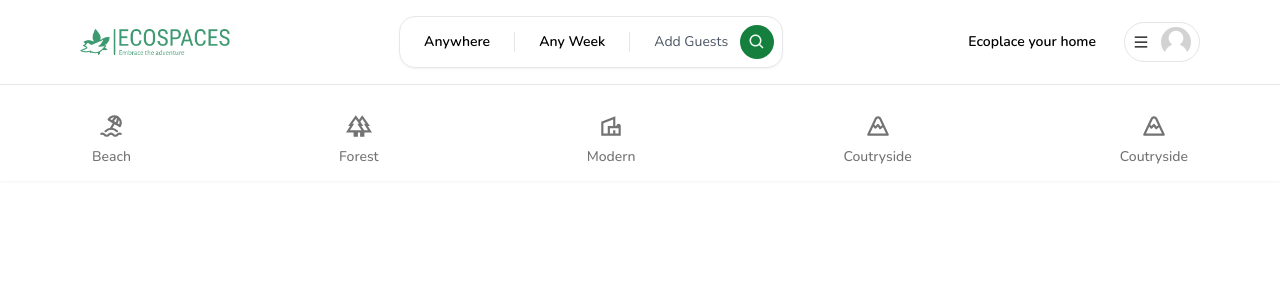
Repository: LubegaH/Ecospaces
Page: /
These files come from the project's save history. The page is drawn as it stood at one moment and after the next save; the edit follows.
The browser window is 1280 px wide. The pictures show the whole page.
The page's requests for data from a server got no answer. The project was rebuilt for these pictures with package versions that can differ from the ones it lists, and the page was loaded fresh each time. The framework's server and built-in components were replaced by stand-ins that run in the browser. No one was signed in, and anything a server would have sent is missing. Also part of the build but not shown: next.config.js, app/components/nabar/MenuItem.tsx, app/components/Button.tsx, app/components/modals/Modal.tsx, app/components/Heading.tsx, app/components/input/Input.tsx.

Above is the page before, as saved 2023-08-11 19:03:06.

### app/layout.tsx
import './globals.css';
import { Nunito } from 'next/font/google';
import React from 'react';
import Navbar from '@/app/components/nabar/Navbar';
import ClientOnly from '@/app/components/ClientOnly';
import RegisterModel from '@/app/components/modals/RegisterModel';
import Modal from '@/app/components/modals/Modal';
import ToasterProvider from './providers/ToasterProvider';
import LoginModel from './components/modals/LoginModel';
import getCurrentUser from './actions/getCurrentUser';

const nunito = Nunito({ subsets: ['latin'] });

export const metadata = {
  title: 'Ecospaces',
  description: 'The quickest way to find lodges',
};

export default async function RootLayout({
  children,
}: {
  children: React.ReactNode;
}) {
  const currentUser = await getCurrentUser();
  return (
    <html lang='en'>
      <body className={nunito.className}>
        <ClientOnly>
          {/*<Modal title={'Hello World'} isOpen actionLabel="Sign In"/>*/}
          <ToasterProvider />
          <RegisterModel />
          <LoginModel />
          <Navbar currentUser={currentUser} />
        </ClientOnly>

        {children}
      </body>
    </html>
  );
}

### app/components/nabar/Navbar.tsx
'use client';
import Container from '../Container';
import Logo from '@/app/components/nabar/Logo';
import Search from '@/app/components/nabar/Search';
import UserMenu from '@/app/components/nabar/UserMenu';
import { SafeUser } from '@/app/types';
import Categories from './Categories';

interface NavbarProps {
  currentUser?: SafeUser | null;
}

const Navbar: React.FC<NavbarProps> = ({ currentUser }) => {
  return (
    <div className='fixed w-full bg-white z-10 shadow-sm'>
      <div className='py-4 border-b-[1px]'>
        <Container>
          <div
            className='
                    flex
                    flex-row
                    items-center
                    justify-between
                    gap-3
                    md:gap-0'
          >
            <Logo />
            <Search />
            <UserMenu currentUser={currentUser} />
          </div>
        </Container>
      </div>
      <Categories />
    </div>
  );
};

export default Navbar;

### app/components/ClientOnly.tsx
'use client';

import React, {useEffect, useState} from "react";

interface ClientOnlyProps{
    children: React.ReactNode;
}

const ClientOnly: React.FC<ClientOnlyProps> = ({children}) => {
    const [hasMounted, setHasMounted] = useState(false)

    useEffect(() => {
        setHasMounted(true)
    }, []);

    if(!hasMounted) {
        return null;
    }
    return(
        <>
            {children}
        </>
    )
}

export default ClientOnly

### app/components/modals/RegisterModel.tsx
'use client';

/**
 * RegisterModel Component
 *
 * A component for the registration modal in the application.
 *
 * Props:
 * - None
 *
 * Usage:
 * ```tsx
 * <RegisterModel />
 * ```
 */

import axios from 'axios';
import { AiFillGithub } from 'react-icons/ai';
import { FcGoogle } from 'react-icons/fc';
import { useState, useCallback } from 'react';
import {
  FieldValue,
  FieldValues,
  SubmitHandler,
  useForm,
} from 'react-hook-form';
import useRegisterModal from '@/app/hooks/useRegisterModal';
import Modal from './Modal';
import Heading from '../Heading';
import Input from '../input/Input';
import { toast } from 'react-hot-toast';
import Button from '../Button';
import { signIn } from 'next-auth/react';

/**
 * RegisterModel Component
 *
 * A component for the registration modal in the application.
 *
 * @returns The RegisterModel component.
 */

const RegisterModel = () => {
  const registerModal = useRegisterModal();
  const [isLoading, setIsLoading] = useState(false);

  /**
   * React Hook Form configuration
   */
  const {
    register,
    handleSubmit,
    formState: { errors },
  } = useForm<FieldValues>({
    defaultValues: {
      name: '',
      email: '',
      password: '',
    },
  });

  /**
   * Form submission handler
   *
   * @param data - The form data submitted by the user.
   */
  const onSubmit: SubmitHandler<FieldValues> = (data) => {
    setIsLoading(true);
    axios
      .post('/api/register', data)
      .then(() => {
        // Registration successful
        registerModal.onClose();
      })
      .then(() => {
        registerModal.onClose();
      })
      .catch((error) => {
        // Error occurred during registration
        toast.error('Oops! Something went wrong...');
      })
      .finally(() => {
        // Reset loading state
        setIsLoading(false);
      });
  };

  /**
   * JSX content for the modal body
   */
  const bodyContent = (
    <div className='flex flex-col gap-4'>
      <Heading title='Welcome to Ecospaces' subtitle='Create an account' />
      <Input
        id='email'
        register={register}
        label='Email'
        disabled={isLoading}
        errors={errors}
        required
      />
      <Input
        id='name'
        register={register}
        label='Name'
        disabled={isLoading}
        errors={errors}
        required
      />
      <Input
        id='password'
        type='password'
        register={register}
        label='Password'
        disabled={isLoading}
        errors={errors}
        required
      />
    </div>
  );

  const footerContent = (
    <div className='flex flex-col gap-4 mt-3'>
      <hr />
      {/* TODO: Fix github-auth error */}
      <Button
        outline
        label='Continue with Google'
        icon={FcGoogle}
        onClick={() => signIn('google')}
      />
      {/* TODO: Fix google-auth error */}
      <Button
        outline
        label='Continue with Github'
        icon={AiFillGithub}
        onClick={() => signIn('github')}
      />
      <div className='text-neutral-500 text-center mt-4 font-light'>
        <div className='flex flex-row items-center gap-2 justify-center'>
          <div>Already have an account?</div>
          <div
            onClick={registerModal.onClose}
            className='text-green-700 cursor-pointer hover:underline font-semibold'
          >
            Log in
          </div>
        </div>
      </div>
    </div>
  );

  return (
    <Modal
      isOpen={registerModal.isOpen}
      disabled={isLoading}
      title='Register'
      actionLabel='Continue'
      onClose={registerModal.onClose}
      onSubmit={handleSubmit(onSubmit)}
      body={bodyContent}
      footer={footerContent}
    />
  );
};

export default RegisterModel;

### app/components/modals/LoginModel.tsx
'use client';

import axios from 'axios';
import { AiFillGithub } from 'react-icons/ai';
import { FcGoogle } from 'react-icons/fc';
import { useState, useCallback } from 'react';
import {
  FieldValue,
  FieldValues,
  SubmitHandler,
  useForm,
} from 'react-hook-form';
import useRegisterModal from '@/app/hooks/useRegisterModal';
import useLoginModel from '@/app/hooks/useLoginModal';
import Modal from './Modal';
import Heading from '../Heading';
import Input from '../input/Input';
import { toast } from 'react-hot-toast';
import Button from '../Button';
import { signIn } from 'next-auth/react';
import { useRouter } from 'next/navigation';

/**
 * LoginModel Component
 *
 * A component for the registration modal in the application.
 *
 * @returns The LoginModel component.
 */

const LoginModel = () => {
  const registerModal = useRegisterModal();
  const loginModal = useLoginModel();
  const [isLoading, setIsLoading] = useState(false);
  const router = useRouter();

  /**
   * React Hook Form configuration
   */
  const {
    register,
    handleSubmit,
    formState: { errors },
  } = useForm<FieldValues>({
    defaultValues: {
      email: '',
      password: '',
    },
  });

  /**
   * Form submission handler
   *
   * @param data - The form data submitted by the user.
   */
  const onSubmit: SubmitHandler<FieldValues> = (data) => {
    setIsLoading(true);

    signIn('credentials', {
      ...data,
      redirect: false,
    }).then((callback) => {
      setIsLoading(false);

      if (callback?.ok) {
        toast.success('You are in!');
        router.refresh();
        loginModal.onClose();
      }

      if (callback?.error) {
        toast.error(callback.error);
      }
    });
  };

  /**
   * JSX content for the modal body
   */
  const bodyContent = (
    <div className='flex flex-col gap-4'>
      <Heading
        title='Happy to see you back!'
        subtitle='Login to your account'
      />
      <Input
        id='email'
        register={register}
        label='Email'
        disabled={isLoading}
        errors={errors}
        required
      />
      <Input
        id='password'
        type='password'
        register={register}
        label='Password'
        disabled={isLoading}
        errors={errors}
        required
      />
    </div>
  );

  const footerContent = (
    <div className='flex flex-col gap-4 mt-3'>
      <hr />
      <Button
        outline
        label='Continue with Google'
        icon={FcGoogle}
        onClick={() => signIn('google')}
      />
      <Button
        outline
        label='Continue with Github'
        icon={AiFillGithub}
        onClick={() => signIn('github')}
      />
      <div className='text-neutral-500 text-center mt-4 font-light'>
        <div className='flex flex-row items-center gap-2 justify-center'>
          <div>Already have an account?</div>
          <div
            onClick={registerModal.onClose}
            className='text-green-700 cursor-pointer hover:underline font-semibold'
          >
            Log in
          </div>
        </div>
      </div>
    </div>
  );

  return (
    <Modal
      isOpen={loginModal.isOpen}
      disabled={isLoading}
      title='Login'
      actionLabel='Continue'
      onClose={loginModal.onClose}
      onSubmit={handleSubmit(onSubmit)}
      body={bodyContent}
      footer={footerContent}
    />
  );
};

export default LoginModel;

### app/actions/getCurrentUser.ts
import { getServerSession } from 'next-auth/next';
import { authOptions } from '@/pages/api/auth/[...nextauth]';
import prisma from '@/app/libs/prismadb';

export async function getSession() {
  return await getServerSession(authOptions);
}

export default async function getCurrentUser() {
  try {
    const session = await getSession();

    if (!session?.user?.email) {
      return null;
    }

    const currentUser = await prisma.user.findUnique({
      where: {
        email: session.user.email as string,
      },
    });

    if (!currentUser) {
      return null;
    }
    return {
      ...currentUser,
      createdAt: currentUser.createdAt.toISOString(),
      updatedAt: currentUser.updatedAt.toISOString(),
      emailVerified: currentUser.emailVerified?.toISOString() || null,
    };
  } catch (error: any) {
    return null;
  }
}

### app/components/Container.tsx
'use client';

import React from "react";

interface ContainerProps {
    children: React.ReactNode
}
const Container: React.FC<ContainerProps> = ({children}) => {
    return (
        <div className="max-w-[2520px]
        mx-auto
        xl:px-20
        md:px-10
        sm:px-2
        px-4"> {children}</div>
    )
}

export default Container;

### app/components/nabar/Logo.tsx
'use client'

import Image from 'next/image'
import {useRouter} from "next/navigation";

const Logo = () => {
    const router = useRouter()

    return (
        <Image
            src="/images/ecospace_logo.png"
            alt="Logo"
            className="hidden md:block cursor-pointer"
            width="150"
            height="150"
        />
    )
}

export default Logo

### app/components/nabar/Search.tsx
'use client'

import {BiSearch} from "react-icons/bi";

const Search = () => {

    return (
        <div className="
        border-[1px]
        w-full
        md:w-auto
        py-2
        rounded-2xl
        shadow-sm
        hover:shadow-md
        transition
        cursor-pointer">

            <div className="flex flex-row items-center justify-between">
                <div className="text-sm font-semibold px-6">Anywhere</div>
                <div className="
                hidden
                sm:block
                text-sm
                font-semibold
                px-6
                border-x-[1px]
                flex-1
                text-center">
                    Any Week
                </div>
                <div className="
                text-sm
                pl-6
                pr-2
                text-gray-600
                flex
                flex-row
                items-center
                gap-3">
                    <div className="hidden sm:block">Add Guests</div>
                    <div className="p-2 bg-green-700 rounded-full text-green-50">
                        <BiSearch size={18}/>
                    </div>
                </div>
            </div>
        </div>
    );
}

export default Search

### app/components/nabar/UserMenu.tsx
'use client';

import { AiOutlineMenu } from 'react-icons/ai';
import Avatar from '@/app/components/Avatar';
import React, { useCallback, useState } from 'react';
import MenuItem from '@/app/components/nabar/MenuItem';
import useRegisterModel from '@/app/hooks/useRegisterModal';
import useLoginModel from '@/app/hooks/useLoginModal';
import { signOut } from 'next-auth/react';
import { SafeUser } from '@/app/types';

interface UserMenuProps {
  currentUser?: SafeUser | null;
}

const UserMenu: React.FC<UserMenuProps> = ({ currentUser }) => {
  const [isOpen, setIsOpen] = useState(false);
  const regiserModal = useRegisterModel();
  const loginModal = useLoginModel();

  const toggleOpen = useCallback(() => {
    setIsOpen((value) => !value);
  }, []);

  return (
    <div className='relative'>
      <div className='flex flex-row items-center gap-3'>
        <div
          className='
                hidden
                md:block
                text-sm
                font-semibold
                py-3
                px-4
                rounded-full
                hover:bg-neutral-100
                transition
                cursor-pointer'
          onClick={() => {}}
        >
          Ecoplace your home
        </div>
        <div
          onClick={toggleOpen}
          className='
                p-4
                md:py-1
                md:px-2
                border-[1px]
                border-neutral-200
                flex
                flex-row
                items-center
                gap-3
                rounded-full
                cursor-pointer
                hover:shadow-md
                transtion'
        >
          <AiOutlineMenu />
          <div className='hidden md:block'>
            <Avatar src={currentUser?.image} />
          </div>
        </div>
      </div>
      {isOpen && (
        <div
          className='
                absolute
                rounded-xl
                shadow-md
                w-[40vw]
                md:w-3/4
                bg-white
                overflow-hidden
                right-0
                top-12
                text-sm'
        >
          <div className='flex flex-col cursor-pointer'>
            {currentUser ? (
              <>
                <MenuItem onClick={() => {}} label='My trips' />
                <MenuItem onClick={() => {}} label='My favorites' />
                <MenuItem onClick={() => {}} label='My reservations' />
                <MenuItem onClick={() => {}} label='My properties' />
                <MenuItem onClick={() => {}} label='Ecoplace my home' />
                <hr />
                <MenuItem onClick={() => signOut()} label='Logout' />
              </>
            ) : (
              <>
                <MenuItem onClick={loginModal.onOpen} label='Login' />
                <MenuItem onClick={regiserModal.onOpen} label='Sign Up' />
              </>
            )}
          </div>
        </div>
      )}
    </div>
  );
};

export default UserMenu;

### app/components/nabar/Categories.tsx
import Container from '../Container';
import { TbBeach, TbMountain } from 'react-icons/tb';

import { MdOutlineVilla } from 'react-icons/md';
import { MdOutlineForest } from 'react-icons/md';

import CategoryBox from '../CategoryBox';
import { usePathname, useSearchParams } from 'next/navigation';

export const categories = [
  {
    label: 'Beach',
    icon: TbBeach,
    description: 'Close to the beach, you will enjoy the breeze',
  },
  {
    label: 'Forest',
    icon: MdOutlineForest,
    description: 'Interesting property with a windmill',
  },
  {
    label: 'Modern',
    icon: MdOutlineVilla,
    description: 'Modern villa for the 21st century',
  },
  {
    label: 'Coutryside',
    icon: TbMountain,
    description: 'Exquisite living in the country side',
  },
  {
    label: 'Coutryside',
    icon: TbMountain,
    description: 'Exquisite living in the country side',
  },
];

const Categories = () => {
  const params = useSearchParams();
  const category = params?.get('category');
  const pathName = usePathname();

  const isMainPage = pathName === '/';
  if (!isMainPage) {
    return null;
  }

  return (
    <Container>
      <div
        className='
            pt-4
            flex
            flex-row
            items-center
            justify-between
            overflow-x-auto
        '
      >
        {categories.map((item) => (
          <CategoryBox
            key={item.label}
            label={item.label}
            selected={category === item.label}
            icon={item.icon}
          />
        ))}
      </div>
    </Container>
  );
};

export default Categories;

### app/hooks/useRegisterModal.ts
import { create } from 'zustand';

interface RegisterModelStore {
  isOpen: boolean;
  onOpen: () => void;
  onClose: () => void;
}

const useRegisterModel = create<RegisterModelStore>((set) => ({
  isOpen: false,
  onOpen: () => set({ isOpen: true }),
  onClose: () => set({ isOpen: false }),
}));

export default useRegisterModel;

### app/hooks/useLoginModal.ts
import { create } from 'zustand';

interface LoginModelStore {
  isOpen: boolean;
  onOpen: () => void;
  onClose: () => void;
}

const useLoginModel = create<LoginModelStore>((set) => ({
  isOpen: false,
  onOpen: () => set({ isOpen: true }),
  onClose: () => set({ isOpen: false }),
}));

export default useLoginModel;

### pages/api/auth/[...nextauth].ts
/**
 * Authentication Options and Configuration
 *
 * This module contains the authentication options and configuration for NextAuth.js.
 * It sets up various authentication providers, such as Google, GitHub, and Credentials (local).
 * Additionally, it defines an authorization function for the Credentials provider to handle local user authentication.
 * The authentication options and configuration are exported and used in the main NextAuth.js configuration file.
 */

import { PrismaAdapter } from '@next-auth/prisma-adapter';
import NextAuth, { AuthOptions } from 'next-auth';
import GoogleProvider from 'next-auth/providers/google';
import CredentialsProvider from 'next-auth/providers/credentials';
import GithubProvider from 'next-auth/providers/google';
import bcrypt from 'bcrypt';

import prisma from '@/app/libs/prismadb';

/**
 * Authentication Options and Configuration
 *
 * The `authOptions` object defines the authentication configuration for NextAuth.js.
 *
 * @property {PrismaAdapter} adapter - The PrismaAdapter instance to handle user authentication and session management with Prisma.
 * @property {Array} providers - An array of authentication providers used for user login (Google, GitHub, Credentials).
 * @property {Object} pages - Custom pages for authentication (signIn, signOut, error).
 * @property {boolean} debug - Whether to enable debug mode in development.
 * @property {Object} session - Session configuration options (strategy).
 * @property {string} secret - The secret used to sign and encrypt cookies (NEXTAUTH_SECRET environment variable).
 */

export const authOptions: AuthOptions = {
  adapter: PrismaAdapter(prisma),
  providers: [
    GithubProvider({
      clientId: process.env.GITHUB_ID as string,
      clientSecret: process.env.GITHUB_SECRET as string,
    }),
    GoogleProvider({
      clientId: process.env.GOOGLE_CLIENT_ID as string,
      clientSecret: process.env.GOOGLE_CLIENT_SECRET as string,
    }),
    CredentialsProvider({
      name: 'credentials',
      credentials: {
        email: { label: 'email', type: 'text' },
        password: { label: 'password', type: 'password' },
      },
      async authorize(credentials, req) {
        // Custom authorization function for the Credentials provider
        if (!credentials?.email || !credentials?.password) {
          throw new Error('Email and password do not match');
        }

        const user = await prisma.user.findUnique({
          where: {
            email: credentials.email,
          },
        });
        if (!user || !user?.hashedPassword) {
          throw new Error('Invalid credentials or user does not exist!');
        }
        const isCorrectPassword = await bcrypt.compare(
          credentials.password,
          user.hashedPassword
        );
        if (!isCorrectPassword) {
          throw new Error('Invalid Password');
        }
        return user;
      },
    }),
  ],
  pages: {
    signIn: '/', // Custom sign-in page
  },
  debug: process.env.NODE_ENV === 'development',
  session: {
    strategy: 'jwt', // Session strategy using JWT
  },
  secret: process.env.NEXTAUTH_SECRET, // Secret used to sign and encrypt cookies
};

export default NextAuth(authOptions);

### app/components/Avatar.tsx
'use client';
import Image from 'next/image';

interface AvatarProps {
  src: string | null | undefined;
}

const Avatar: React.FC<AvatarProps> = ({ src }) => {
  return (
    <Image
      className='rounded-full'
      height='30'
      width='30'
      src={src || '/images/placeholder.jpg'}
      alt='Avatar'
    />
  );
};

export default Avatar;

### app/components/CategoryBox.tsx
import { useRouter, useSearchParams } from 'next/navigation';
import { useCallback } from 'react';
import { IconType } from 'react-icons';
import qs from 'query-string';

interface CategoryBoxProps {
  icon: IconType;
  label: string;
  selected?: boolean;
}

const CategoryBox: React.FC<CategoryBoxProps> = ({
  icon: Icon,
  label,
  selected,
}) => {
  const router = useRouter();
  const params = useSearchParams();

  const handleClick = useCallback(() => {
    let currentQuery = {};

    if (params) {
      currentQuery = qs.parse(params.toString());
    }
    const updatedQuery: any = {
      ...currentQuery,
      category: label,
    };

    if (params?.get(`category`) === label) {
      delete updatedQuery.category;
    }

    const url = qs.stringifyUrl(
      {
        url: '/',
        query: updatedQuery,
      },
      { skipNull: true }
    );
    router.push(url);
  }, [label, params, router]);

  return (
    <div
      onClick={handleClick}
      className={`flex flex-col items-center justify-center gap-2 p-3 border-b-2 hover:text-neutral-800 transition cursor-pointer ${
        selected ? 'border-b-neutral-800' : 'border-transparent'
      } ${selected ? 'text-neutral-800' : 'text-neutral-500'}`}
    >
      <Icon size={26} />
      <div className='font-medium text-sm'>{label}</div>
    </div>
  );
};

export default CategoryBox;

Loaded but not shown: app/page.tsx (common file); app/globals.css (common file); app/providers/ToasterProvider.tsx (common file); app/libs/prismadb.ts (common file); tailwind.config.js (common file)

After the next save:
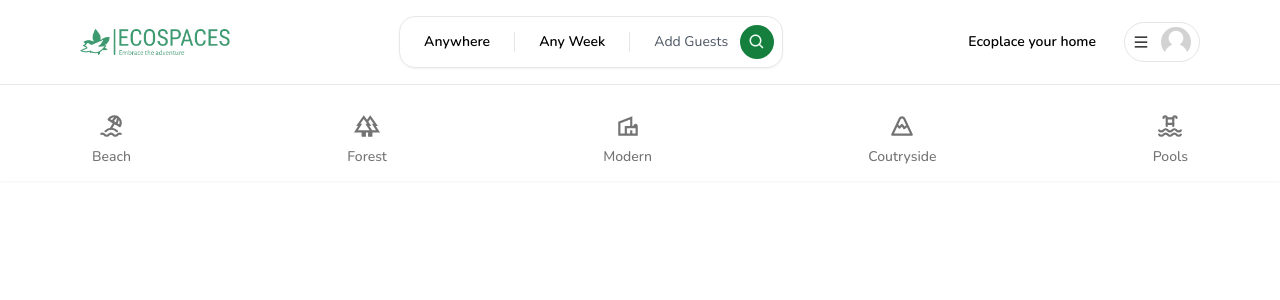
Saved 90 s later.
--- a/app/components/nabar/Categories.tsx
+++ b/app/components/nabar/Categories.tsx
@@ -1,5 +1,5 @@
 import Container from '../Container';
-import { TbBeach, TbMountain } from 'react-icons/tb';
+import { TbBeach, TbMountain, TbPool } from 'react-icons/tb';
 
 import { MdOutlineVilla } from 'react-icons/md';
 import { MdOutlineForest } from 'react-icons/md';
@@ -29,8 +29,8 @@ export const categories = [
     description: 'Exquisite living in the country side',
   },
   {
-    label: 'Coutryside',
-    icon: TbMountain,
+    label: 'Pools',
+    icon: TbPool,
     description: 'Exquisite living in the country side',
   },
 ];
